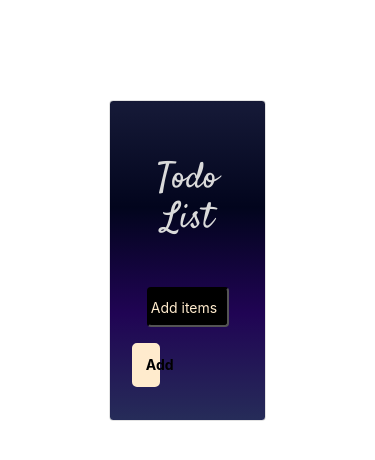
Repository: arpana23/Todo-list
Page: /
An editor plug-in stored every save of this project. The page is shown before and after the next save, followed by the edit.
The browser window is 375 px wide. The pictures show the whole page.
Some web libraries are served in a nearby version. The project was rebuilt for these pictures with package versions that can differ from the ones it lists, and the page was loaded fresh each time. Also part of the build but not shown: src/Todolist.js.

Above is the page before, as saved 2021-04-17 14:29:51.

After the next save:
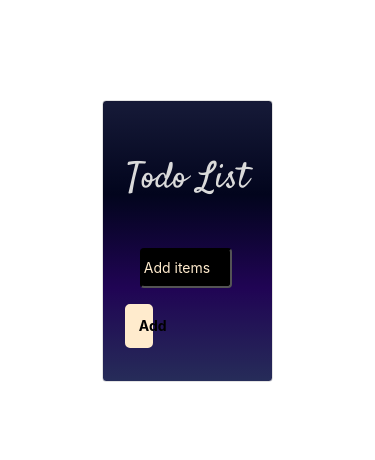
Saved 104 s later.
--- a/src/App.css
+++ b/src/App.css
@@ -122,7 +122,7 @@
 
 @media screen and (max-width: 480px) {
   .well {
-    width: 90%;
+    width: 98%;
   }
 }
 
